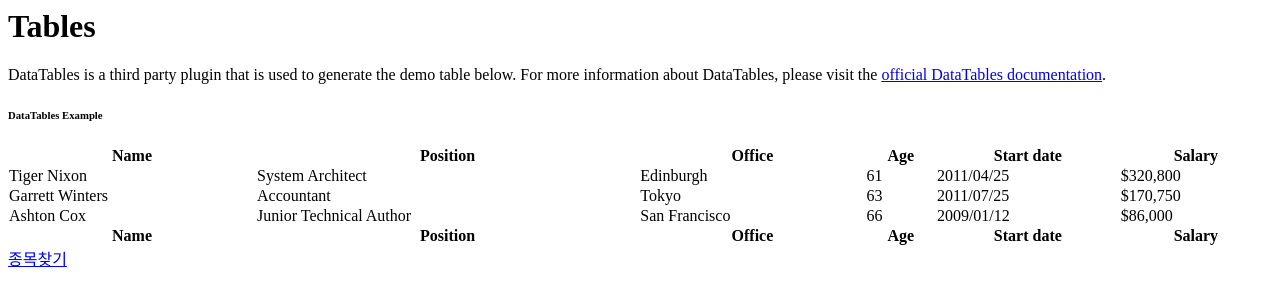
Repository: bangProgram/PJT_Finance
Page: http://localhost/Finance/WEB-INF/views/main/main.jsp
These files come from the project's save history. The page is drawn as it stood at one moment and after the next save; the edit follows.
The browser window is 1280 px wide. The pictures show the whole page.
The page is served by Tomcat 9. Nobody is signed in. The template is opened directly, without the code that normally fills it, so the values that code supplies are empty.

Above is the page before, as saved 2022-10-24 08:45:59.

After the next save:
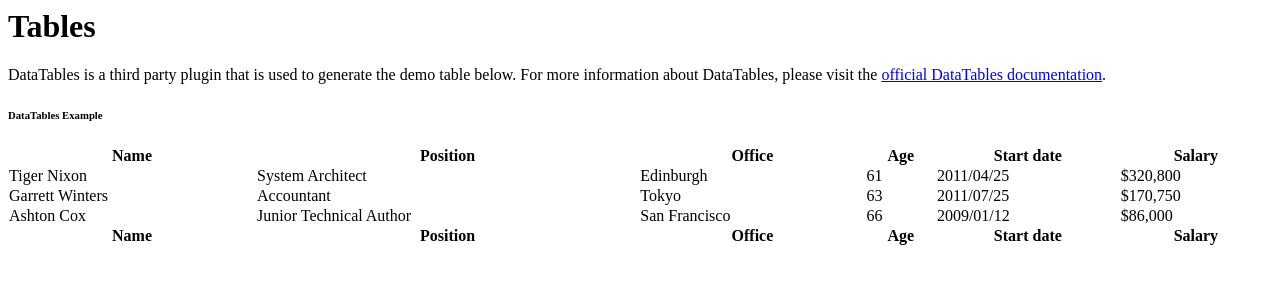
Saved 17 h 6 min later.
--- a/Finance/src/main/webapp/WEB-INF/views/main/main.jsp
+++ b/Finance/src/main/webapp/WEB-INF/views/main/main.jsp
@@ -71,7 +71,6 @@
                             </div>
                         </div>
                     </div>
-					<a href="/report">종목찾기</a>
                 </div>
  </body>
 </html>
